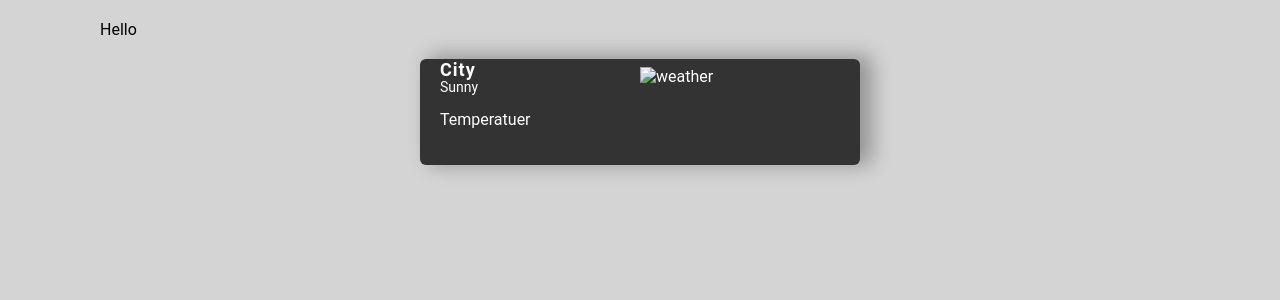
Repository: sedat-akdogan/React_Weather
Page: / (app in london_weather/)
An editor plug-in stored every save of this project. The page is shown before and after the next save, followed by the edit.
The browser window is 1280 px wide. The pictures show the whole page.
The project was rebuilt for these pictures with package versions that can differ from the ones it lists, and the page was loaded fresh each time.

Above is the page before, as saved 2023-07-09 17:47:54.

After the next save:
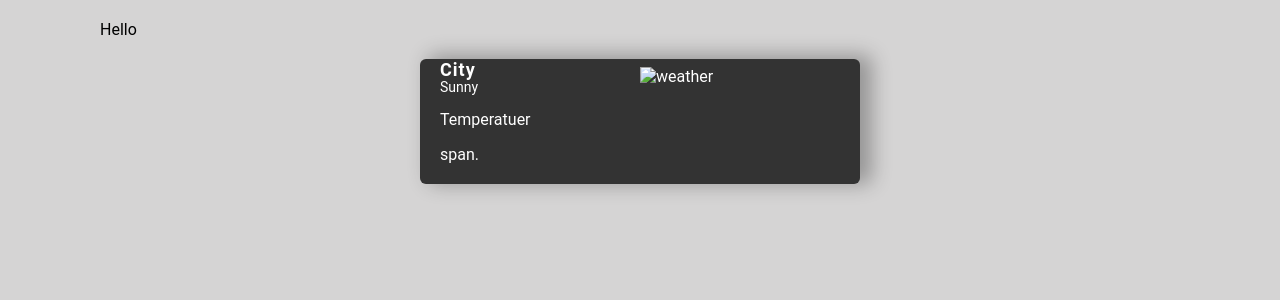
Saved 9 s later.
--- a/london_weather/src/components/current-weather/current-weather.js
+++ b/london_weather/src/components/current-weather/current-weather.js
@@ -15,7 +15,7 @@ const CurrentWeather = () => {
                 <p className="temperature">Temperatuer</p>
                 <div className="details">
                     <div className="parameter-row">
-                        <span></span>
+                        span.
                     </div>
                 </div>
             </div>
